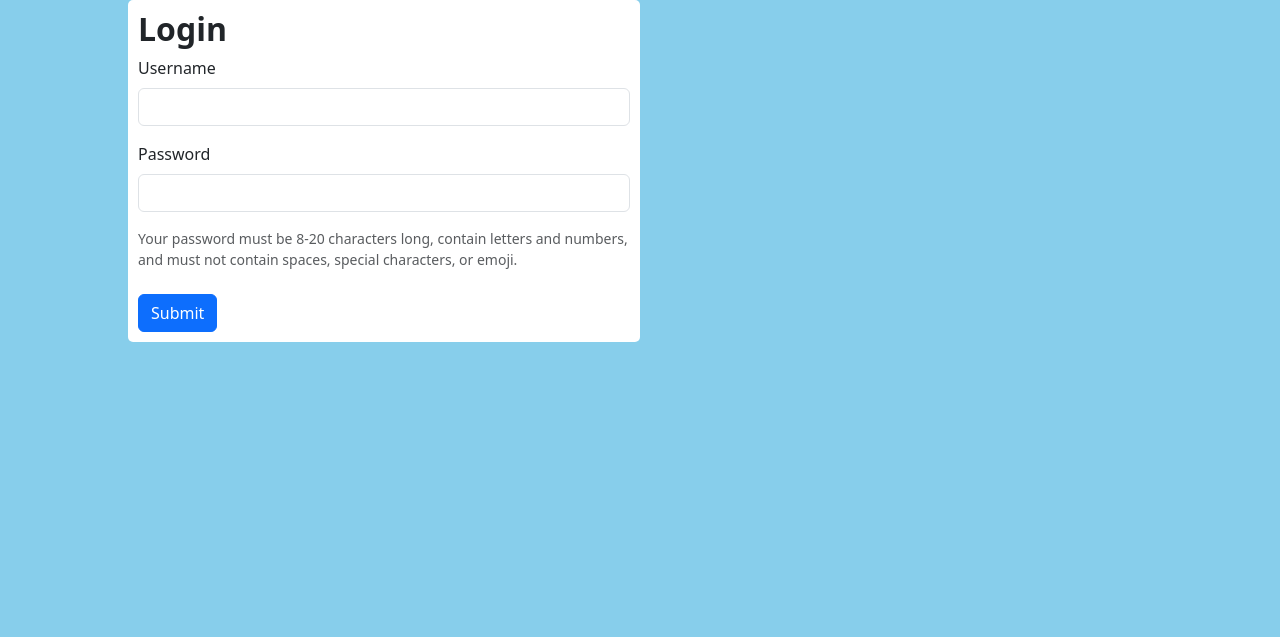
Repository: sarathraj2002/todo-list
Page: login.html
An editor plug-in stored every save of this project. The page is shown before and after a run of saves, followed by the edit.
The browser window is 1280 px wide. The pictures show the whole page.

Above is the page before, as saved 2024-09-05 11:13:07.

After the next 6 saves:
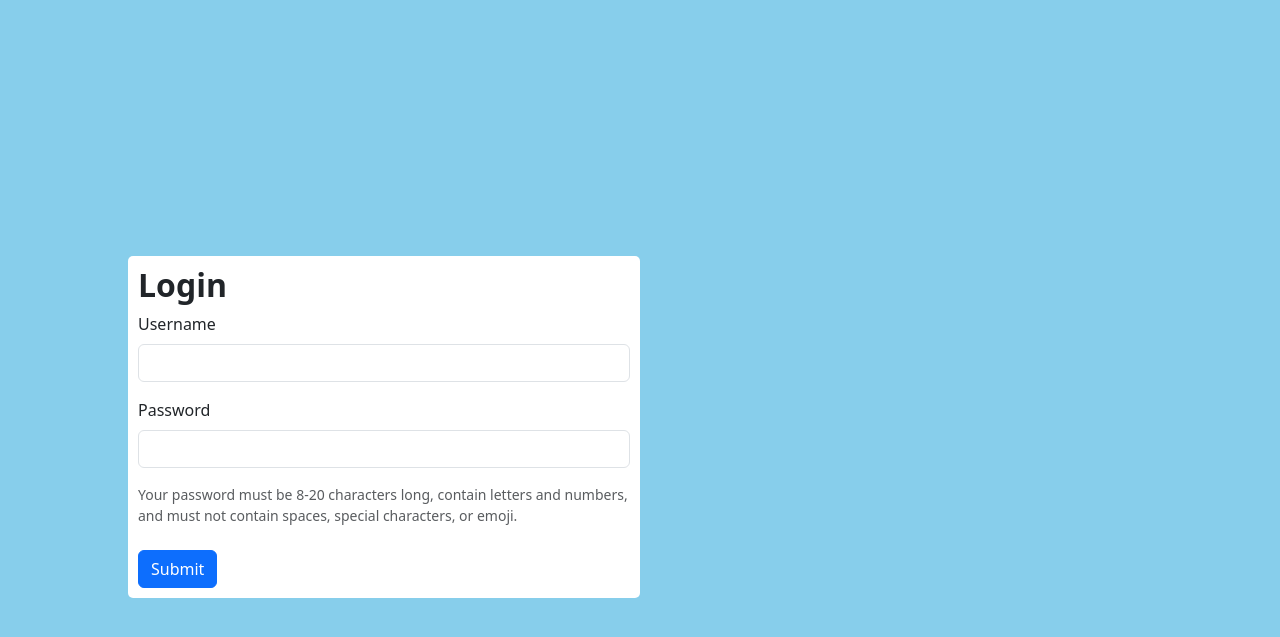
The 6 saves are shown as one change because they came seconds apart.
The last was saved 18 s later.
--- a/style.css
+++ b/style.css
@@ -15,4 +15,5 @@ body{
     margin-left: 10%;
     border-radius: 5px;
     background-color: white;
+    margin-top: 20%;
 }
